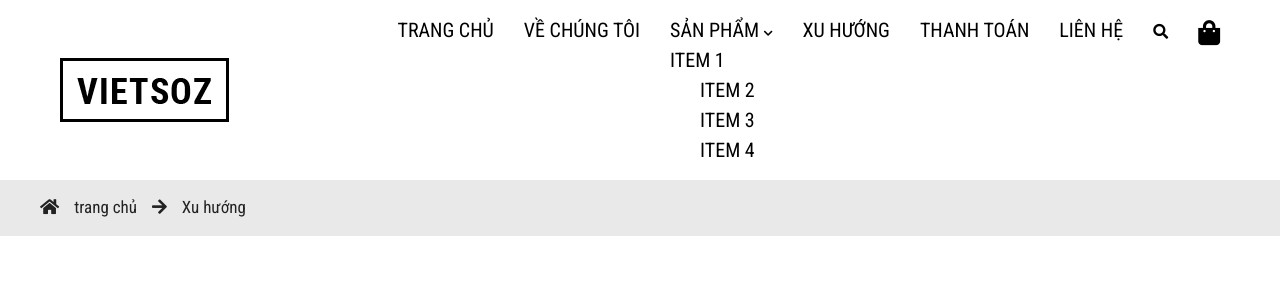
Repository: vinhtk0209/Vietsoz-reponsive
Page: index.html
These files come from the project's save history. The page is drawn as it stood at one moment and after the next save; the edit follows.
The browser window is 1280 px wide. The pictures show the whole page.

Above is the page before, as saved 2021-10-23 16:48:11.

After the next save:
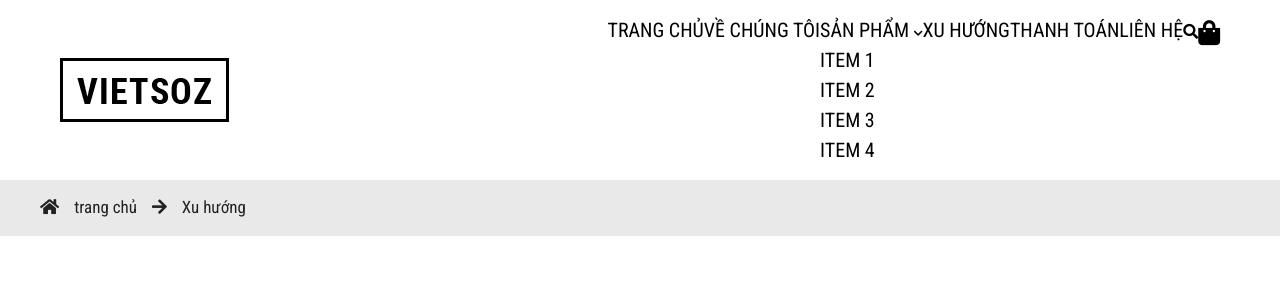
Saved 13 s later.
--- a/assets/css/main.css
+++ b/assets/css/main.css
@@ -34,7 +34,7 @@
     margin-bottom: 15px;
     padding:0 20px;
 }
-.wp-header-top
+.wp-header-top .header-main-menu
 .header-main-menu ul li:not(:first-child) {
     padding-left: 30px;
 }

After the save that followed:
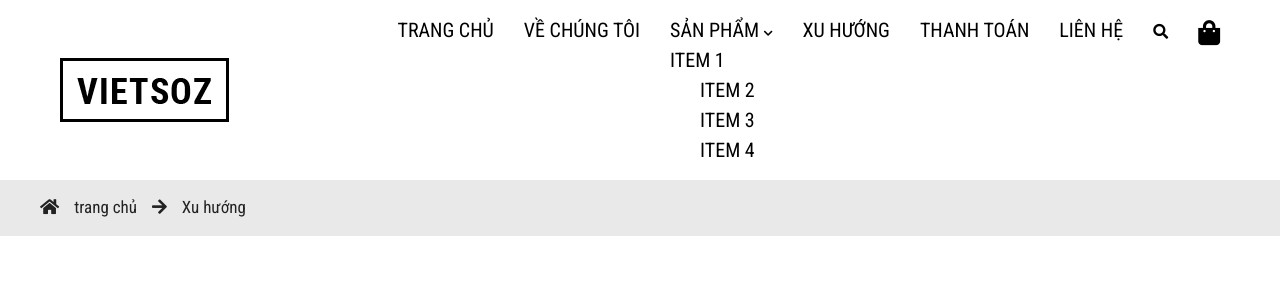
Saved 10 s later.
--- a/assets/css/main.css
+++ b/assets/css/main.css
@@ -34,7 +34,9 @@
     margin-bottom: 15px;
     padding:0 20px;
 }
-.wp-header-top .header-main-menu
+.wp-header-top .header-main-menu ul.sub-menu {
+
+}
 .header-main-menu ul li:not(:first-child) {
     padding-left: 30px;
 }
